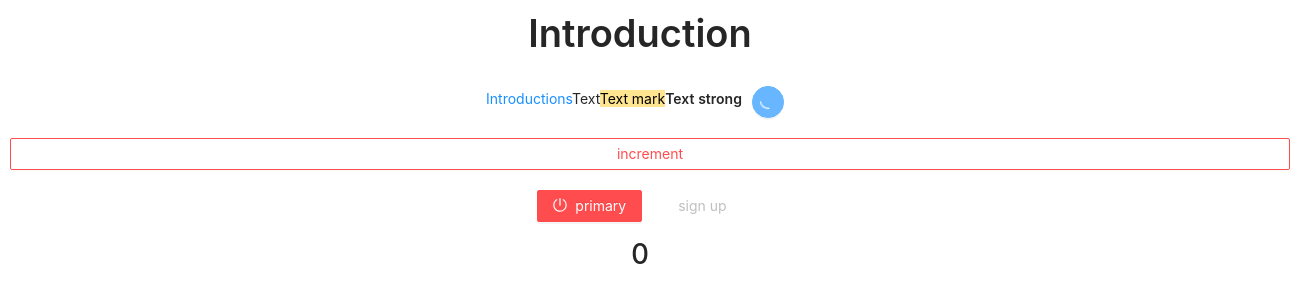
Repository: ErosHai/antd-demo
Page: /
The author's editor kept a copy of each file at every save. The page is drawn from the files as they stood at one save, then again after the next save.
The browser window is 1280 px wide. The page is 1300 px wide, so the pictures cover 1300 px, including what lies to the right of the window. The pictures show the whole page.
The project was rebuilt for these pictures with package versions that can differ from the ones it lists, and the page was loaded fresh each time.

Above is the page before, as saved 2022-04-12 15:17:24.

### src/index.js
import React from 'react'
import { createRoot } from 'react-dom/client'
import './index.css'
import App from './App'
import reportWebVitals from './reportWebVitals'

const root = createRoot(document.getElementById('root'))
root.render(<App />)

// If you want to start measuring performance in your app, pass a function
// to log results (for example: reportWebVitals(console.log))
// or send to an analytics endpoint. Learn more: https://bit.ly/CRA-vitals
reportWebVitals()

### src/App.js
import './App.css'
import { Button, Tooltip, Typography } from 'antd'
import { SearchOutlined } from '@ant-design/icons'
import { useState } from 'react'
import { PoweroffOutlined } from '@ant-design/icons'

function App() {
	const [count, setCount] = useState(0)

	const { Title, Link, Text } = Typography

	return (
		<div className="App">
			<Title>Introduction</Title>
			<Link>Introductions</Link>
			<Text>Text</Text>
			<Text mark>Text mark</Text>
			<Text strong>Text strong</Text>

			<Tooltip title="search">
				<Button
					type="primary"
					shape="circle"
					loading="true"
					icon={<SearchOutlined />}
				></Button>
			</Tooltip>
			<Button
				type="default"
				onClick={() => {
					setCount(count + 1)
				}}
				block
				ghost
				danger
			>
				increment
			</Button>
			<Button type="primary" danger icon={<PoweroffOutlined />}>
				primary
			</Button>
			<Button type="text" disabled>
				sign up
			</Button>

			<h1> {count} </h1>
		</div>
	)
}

export default App

### src/App.css
@import '~antd/dist/antd.css';

.App {
  text-align: center;
  /* background-color: #282c34; */
  padding:10px 0px;

}
.App button {
  margin:  10px;
}
.App-logo {
  height: 40vmin;
  pointer-events: none;
}

@media (prefers-reduced-motion: no-preference) {
  .App-logo {
    animation: App-logo-spin infinite 20s linear;
  }
}

.App-header {
  background-color: #282c34;
  min-height: 100vh;
  display: flex;
  flex-direction: column;
  align-items: center;
  justify-content: center;
  font-size: calc(10px + 2vmin);
  color: white;
}

.App-link {
  color: #61dafb;
}

@keyframes App-logo-spin {
  from {
    transform: rotate(0deg);
  }
  to {
    transform: rotate(360deg);
  }
}

Loaded but not shown: public/index.html (common file); src/index.css (common file); src/reportWebVitals.js (common file)

After the next save:
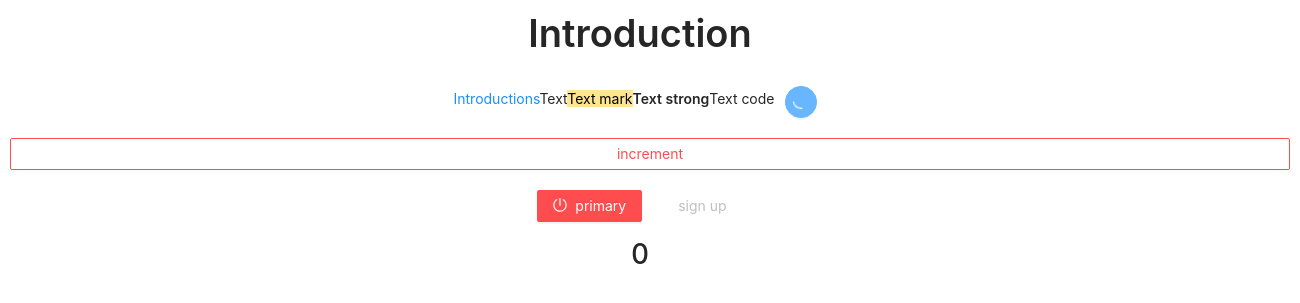
Saved 56 s later.
--- a/src/App.js
+++ b/src/App.js
@@ -16,6 +16,7 @@ function App() {
 			<Text>Text</Text>
 			<Text mark>Text mark</Text>
 			<Text strong>Text strong</Text>
+			<Text>Text code</Text>
 
 			<Tooltip title="search">
 				<Button
